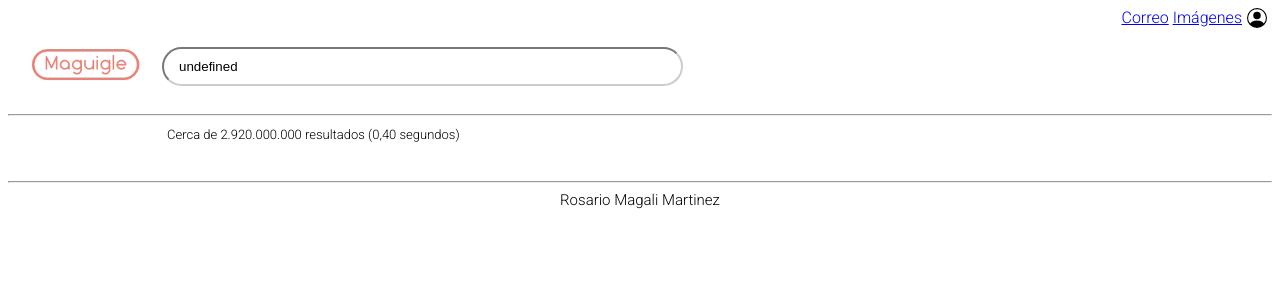
Repository: Rmmartinez/maguigle
Page: maguigle/src/main/resources/static/resultados.html
These files come from the project's save history. The page is drawn as it stood at one moment and after the next save; the edit follows.
The browser window is 1280 px wide. The pictures show the whole page.
The page's requests for data from a server got no answer.

Above is the page before, as saved 2023-07-31 14:35:33.

After the next save:
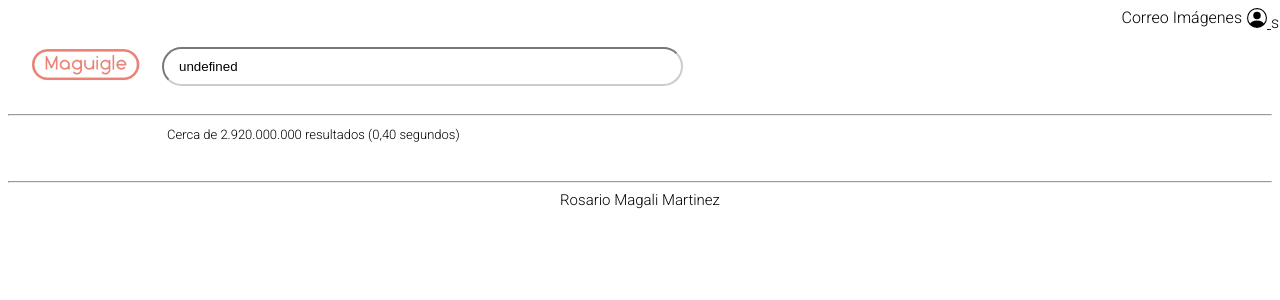
Saved 65 s later.
--- a/maguigle/src/main/resources/static/resultados.html
+++ b/maguigle/src/main/resources/static/resultados.html
@@ -14,18 +14,18 @@
     <div id = "main-resultados">
     <div style="text-align: right; padding-right:30px;">
 		<span>
-			<a href="https://mail.google.com/">Correo</a>
+			<a href="https://mail.google.com/" style="color:black; text-decoration:none">Correo</a>
 		<hn>
 		<span>
-			<a href="#">Imágenes</a>
+			<a href="#" style="color:black;text-decoration:none">Imágenes</a>
 		</span>
 		<span style="position: absolute; top: 7.5px; margin-left: 5px;">
 			<a href="#">
-				<svg xmlns="http://www.w3.org/2000/svg" width="20" height="20" fill="currentColor" style="color:black;" class="bi bi-person-circle" viewBox="0 0 16 16">
+				<svg xmlns="http://www.w3.org/2000/svg" width="20" height="20" fill="currentColor" style="color:black;text-decoration:none" class="bi bi-person-circle" viewBox="0 0 16 16">
 				  <path d="M11 6a3 3 0 1 1-6 0 3 3 0 0 1 6 0z"/>
 				  <path fill-rule="evenodd" d="M0 8a8 8 0 1 1 16 0A8 8 0 0 1 0 8zm8-7a7 7 0 0 0-5.468 11.37C3.242 11.226 4.805 10 8 10s4.757 1.225 5.468 2.37A7 7 0 0 0 8 1z"/>
 				</svg>
-			</a>
+			</a>s
 		</span>
 	</div>
         <img id = "logo-resultados" src="img/logo.png"/>
